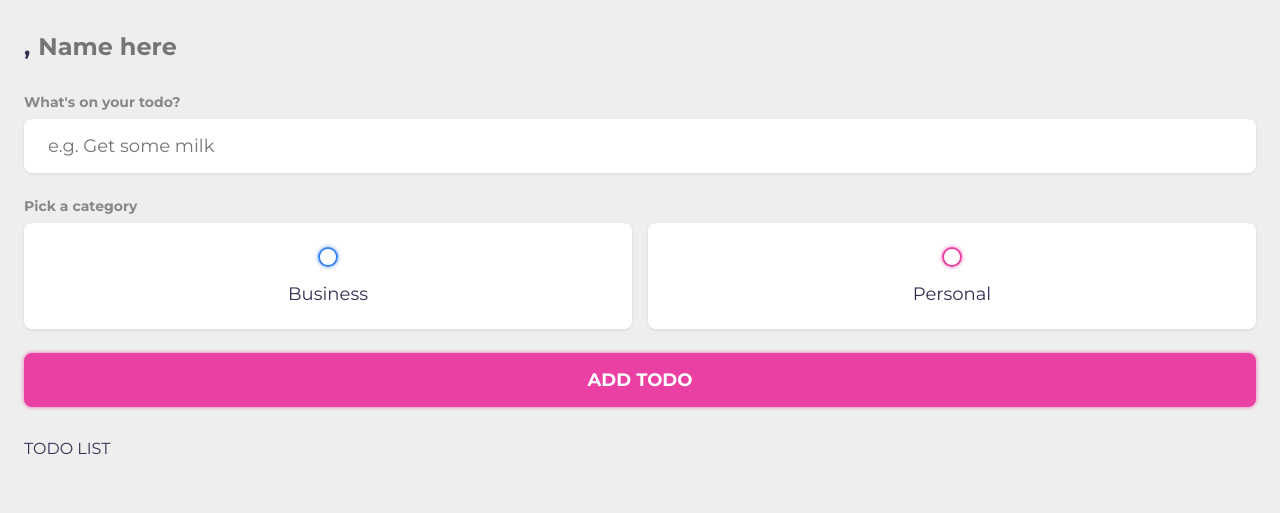
Repository: kluivert-ssali/kaDo_final
Page: index.html
The author's editor kept a copy of each file at every save. The page is drawn from the files as they stood at one save, then again after the next save.
The browser window is 1280 px wide. The pictures show the whole page.
Some web libraries are served in a nearby version.

Above is the page before, as saved 2023-06-11 20:36:28.

### index.html
<!DOCTYPE html>
<html lang="en">
  <head>
    <meta charset="UTF-8" />
    <meta http-equiv="X-UA-Compatible" content="IE=edge" />
    <meta name="viewport" content="width=device-width, initial-scale=1.0" />
    <title>KaDo</title>
    <!-- CSS Import -->
    <link rel="stylesheet" href="main.css" />
    <!-- End of CSS Import -->
    <!-- Fonts -->
    <link rel="preconnect" href="https://fonts.googleapis.com" />
    <link rel="preconnect" href="https://fonts.gstatic.com" crossorigin />
    <link
      href="https://fonts.googleapis.com/css2?family=Fira+Sans:ital,wght@0,400;0,700;0,900;1,400&family=Montserrat:ital,wght@0,400;0,700;0,900;1,400&display=swap"
      rel="stylesheet"
    />
    <!-- End of Fonts -->
  </head>
  <body>
    <script src="https://ajax.googleapis.com/ajax/libs/jquery/2.1.1/jquery.min.js"></script>
    <!-- App Wrapper -->
    <main class="app">
      <!-- Greeting -->
      <h3 class="day-message"></h3>
      <section class="greeting">
        <h2 class="title">
          <span class="day-message"></span>,<input
            type="text"
            id="name"
            placeholder="Name here"
          />
        </h2>
      </section>
      <!-- End of Greeting -->

      <!-- New Todo -->
      <section class="create-todo">
        <form id="new-todo-form">
          <h4>What's on your todo?</h4>
          <input
            type="text"
            placeholder="e.g. Get some milk"
            name="content"
            id="content"
          />

          <h4>Pick a category</h4>
          <div class="options">
            <label>
              <input
                type="radio"
                name="category"
                id="category1"
                value="business"
              />
              <span class="bubble business"></span>
              <div>Business</div>
            </label>
            <label>
              <input
                type="radio"
                name="category"
                id="category2"
                value="personal"
              />
              <span class="bubble personal"></span>
              <div>Personal</div>
            </label>
          </div>

          <input type="submit" value="Add todo" />
        </form>
      </section>
      <!-- End of New Todo -->

      <!-- Todo List -->
      <section class="todo-list">
        <h3>TODO LIST</h3>
        <div class="list" id="todo-list"></div>
      </section>
      <!-- End of Todo List -->
    </main>
    <!-- End of App Wrapper -->

    <!-- JS Import -->
    <script src="main.js"></script>
    <!-- End of JS Import -->
  </body>
</html>

### main.css
/* Variables */
:root {
	--primary: #EA40A4;
	--business: #3a82ee;
	--personal: var(--primary);
	--light: #EEE;
	--grey: #888;
	--dark: #313154;
	--danger: #ff5b57;

	--shadow: 0 1px 3px rgba(0, 0, 0, 0.1);

	--business-glow: 0px 0px 4px rgba(58, 130, 238, 0.75);
	--personal-glow: 0px 0px 4px rgba(234, 64, 164, 0.75);
}
/* End of Variables */

/* Resets */
* {
	margin: 0;
	padding: 0;
	box-sizing: border-box;
	font-family: 'montserrat', sans-serif;
}

input:not([type="radio"]):not([type="checkbox"]), button {
	appearance: none;
	border: none;
	outline: none;
	background: none;
	cursor: initial;
}
/* End of Resets */

body {
	background: var(--light);
	color: var(--dark);
}

section {
	margin-top: 2rem;
	margin-bottom: 2rem;
	padding-left: 1.5rem;
	padding-right: 1.5rem;
}

h3 {
	color: var(--dark);
	font-size: 1rem;
	font-weight: 400;
	margin-bottom: 0.5rem;
}

h4 {
	color: var(--grey);
	font-size: 0.875rem;
	font-weight: 700;
	margin-bottom: 0.5rem;
}

.greeting .title {
	display: flex;
}

.greeting .title input {
	margin-left: 0.5rem;
	flex: 1 1 0%;
	min-width: 0;
}

.greeting .title,
.greeting .title input {
	color: var(--dark);
	font-size: 1.5rem;
	font-weight: 700;
}

.create-todo input[type="text"] {
	display: block;
	width: 100%;
	font-size: 1.125rem;
	padding: 1rem 1.5rem;
	color: var(--dark);
	background-color: #FFF;
	border-radius: 0.5rem;
	box-shadow: var(--shadow);
	margin-bottom: 1.5rem;
}

.create-todo .options {
	display: grid;
	grid-template-columns: repeat(2, 1fr);
	grid-gap: 1rem;
	margin-bottom: 1.5rem;
}

.create-todo .options label {
	display: flex;
	flex-direction: column;
	align-items: center;
	justify-content: center;
	background-color: #FFF;
	padding: 1.5rem;
	box-shadow: var(--shadow);
	border-radius: 0.5rem;
	cursor: pointer;
}

input[type="radio"],
input[type="checkbox"] {
	display: none;
}

.bubble {
	display: flex;
	align-items: center;
	justify-content: center;
	width: 20px;
	height: 20px;
	border-radius: 999px;
	border: 2px solid var(--business);
	box-shadow: var(--business-glow);
}

.bubble.personal {
	border-color: var(--personal);
	box-shadow: var(--personal-glow);
}

.bubble::after {
	content: '';
	display: block;
	opacity: 0;
	width: 0px;
	height: 0px;
	background-color: var(--business);
	box-shadow: var(--business-glow);
	border-radius: 999px;
	transition: 0.2s ease-in-out;
}

.bubble.personal::after {
	background-color: var(--personal);
	box-shadow: var(--personal-glow);
}

input:checked ~ .bubble::after {
	width: 10px;
	height: 10px;
	opacity: 1;
}

.create-todo .options label div {
	color: var(--dark);
	font-size: 1.125rem;
	margin-top: 1rem;
}

.create-todo input[type="submit"] {
	display: block;
	width: 100%;
	font-size: 1.125rem;
	padding: 1rem 1.5rem;
	color: #FFF;
	font-weight: 700;
	text-transform: uppercase;
	background-color: var(--primary);
	box-shadow: var(--personal-glow);
	border-radius: 0.5rem;
	cursor: pointer;
	transition: 0.2s ease-out;
}

.create-todo input[type="submit"]:hover {
	opacity: 0.75;
}

.todo-list .list {
	margin: 1rem 0;
}

.todo-list .todo-item {
	display: flex;
	align-items: center;
	background-color: #FFF;
	padding: 1rem;
	border-radius: 0.5rem;
	box-shadow: var(--shadow);
	margin-bottom: 1rem;
}

.todo-item label {
	display: block;
	margin-right: 1rem;
	cursor: pointer;
}

.todo-item .todo-content {
	flex: 1 1 0%;
}

.todo-item .todo-content input {
	color: var(--dark);
	font-size: 1.125rem;
}

.todo-item .actions {
	display: flex;
	align-items: center;
}

.todo-item .actions button {
	display: block;
	padding: 0.5rem;
	border-radius: 0.25rem;
	color: #FFF;
	cursor: pointer;
	transition: 0.2s ease-in-out;
}

.todo-item .actions button:hover {
	opacity: 0.75;
}

.todo-item .actions .edit {
	margin-right: 0.5rem;
	background-color: var(--primary);
}

.todo-item .actions .delete {
	background-color: var(--danger);
}

.todo-item.done .todo-content input {
	text-decoration: line-through;
	color: var(--grey);
}

### main.js
// good morning function
$(document).ready(function() {
	function dateTime() {
	  var ndate = new Date();
	  var hours = ndate.getHours();
	  var message = hours < 12 ? 'Good Morning' : hours < 18 ? 'Good Afternoon' : 'Good Evening';
	  $("h2.day-message").text(message);

	  $('.date').html(hours.leadingZeroes(2) + ":" + ndate.getMinutes().leadingZeroes(2) + ":" + ndate.getSeconds().leadingZeroes(2) + (hours < 12 ? 'AM' : 'PM'));
	}

	setInterval(dateTime, 1000);
  });

  Number.prototype.leadingZeroes = function(len) {
	return (new Array(len).fill('0', 0).join('') + this).slice(-Math.abs(len));
  }
//   End of good morning furn



window.addEventListener('load', () => {
	todos = JSON.parse(localStorage.getItem('todos')) || [];
	const nameInput = document.querySelector('#name');
	const newTodoForm = document.querySelector('#new-todo-form');

	const username = localStorage.getItem('username') || '';

	nameInput.value = username;

	nameInput.addEventListener('change', (e) => {
		localStorage.setItem('username', e.target.value);
	})

	newTodoForm.addEventListener('submit', e => {
		e.preventDefault();

		const todo = {
			content: e.target.elements.content.value,
			category: e.target.elements.category.value,
			done: false,
			createdAt: new Date().getTime()
		}

		todos.push(todo);

		localStorage.setItem('todos', JSON.stringify(todos));

		// Reset the form
		e.target.reset();

		DisplayTodos()
	})

	DisplayTodos()
})

function DisplayTodos () {
	const todoList = document.querySelector('#todo-list');
	todoList.innerHTML = "";

	todos.forEach(todo => {
		const todoItem = document.createElement('div');
		todoItem.classList.add('todo-item');

		const label = document.createElement('label');
		const input = document.createElement('input');
		const span = document.createElement('span');
		const content = document.createElement('div');
		const actions = document.createElement('div');
		const edit = document.createElement('button');
		const deleteButton = document.createElement('button');

		input.type = 'checkbox';
		input.checked = todo.done;
		span.classList.add('bubble');
		if (todo.category == 'personal') {
			span.classList.add('personal');
		} else {
			span.classList.add('business');
		}
		content.classList.add('todo-content');
		actions.classList.add('actions');
		edit.classList.add('edit');
		deleteButton.classList.add('delete');

		content.innerHTML = `<input type="text" value="${todo.content}" readonly>`;
		edit.innerHTML = 'Edit';
		deleteButton.innerHTML = 'Delete';

		label.appendChild(input);
		label.appendChild(span);
		actions.appendChild(edit);
		actions.appendChild(deleteButton);
		todoItem.appendChild(label);
		todoItem.appendChild(content);
		todoItem.appendChild(actions);

		todoList.appendChild(todoItem);

		if (todo.done) {
			todoItem.classList.add('done');
		}

		input.addEventListener('change', (e) => {
			todo.done = e.target.checked;
			localStorage.setItem('todos', JSON.stringify(todos));

			if (todo.done) {
				todoItem.classList.add('done');
			} else {
				todoItem.classList.remove('done');
			}

			DisplayTodos()

		})

		edit.addEventListener('click', (e) => {
			const input = content.querySelector('input');
			input.removeAttribute('readonly');
			input.focus();
			input.addEventListener('blur', (e) => {
				input.setAttribute('readonly', true);
				todo.content = e.target.value;
				localStorage.setItem('todos', JSON.stringify(todos));
				DisplayTodos()

			})
		})

		deleteButton.addEventListener('click', (e) => {
			todos = todos.filter(t => t != todo);
			localStorage.setItem('todos', JSON.stringify(todos));
			DisplayTodos()
		})

	})
}

After the next save:
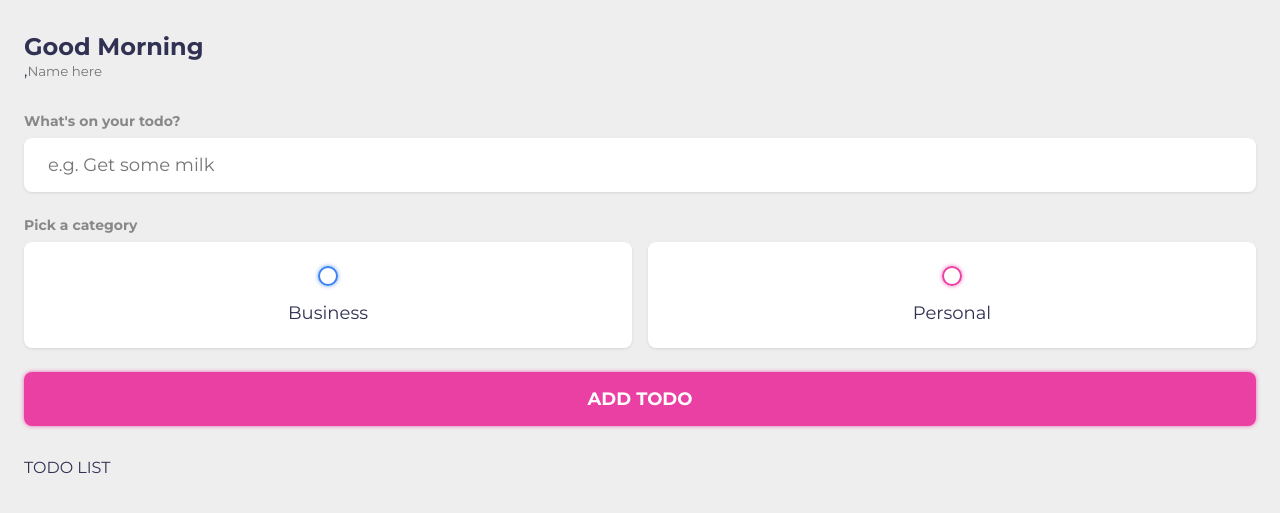
Saved 5 s later.
--- a/index.html
+++ b/index.html
@@ -25,11 +25,8 @@
       <h3 class="day-message"></h3>
       <section class="greeting">
         <h2 class="title">
-          <span class="day-message"></span>,<input
-            type="text"
-            id="name"
-            placeholder="Name here"
-          />
+          <h2 class="day-message"></h2>
+          ,<input type="text" id="name" placeholder="Name here" />
         </h2>
       </section>
       <!-- End of Greeting -->

After the save that followed:
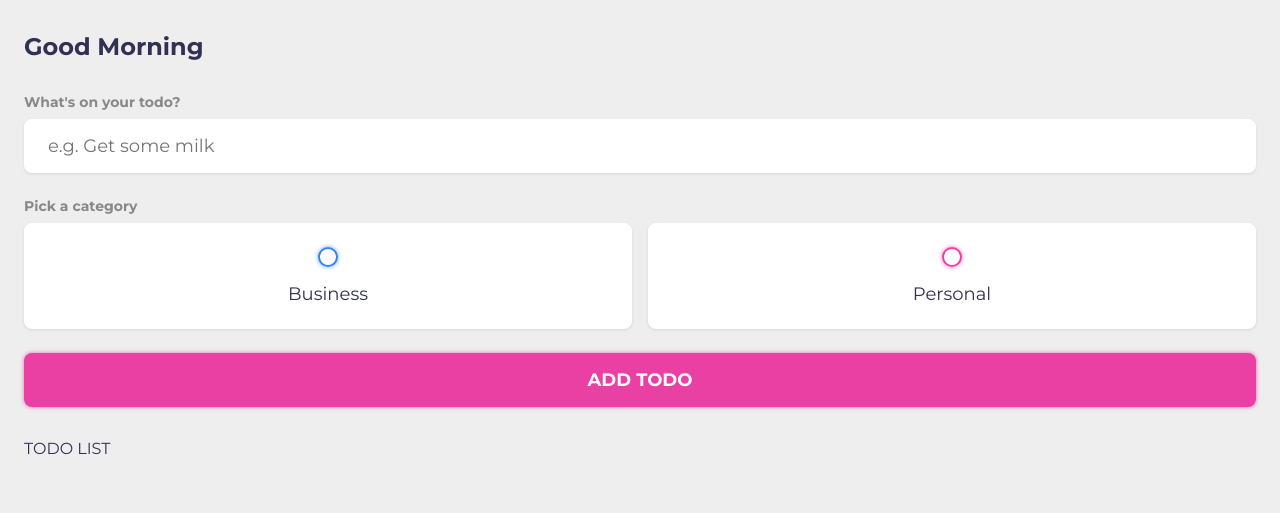
Saved 28 s later.
--- a/index.html
+++ b/index.html
@@ -25,8 +25,9 @@
       <h3 class="day-message"></h3>
       <section class="greeting">
         <h2 class="title">
-          <h2 class="day-message"></h2>
-          ,<input type="text" id="name" placeholder="Name here" />
+          <h2 class="day-message">
+            ,<input type="text" id="name" placeholder="Name here" />
+          </h2>
         </h2>
       </section>
       <!-- End of Greeting -->
